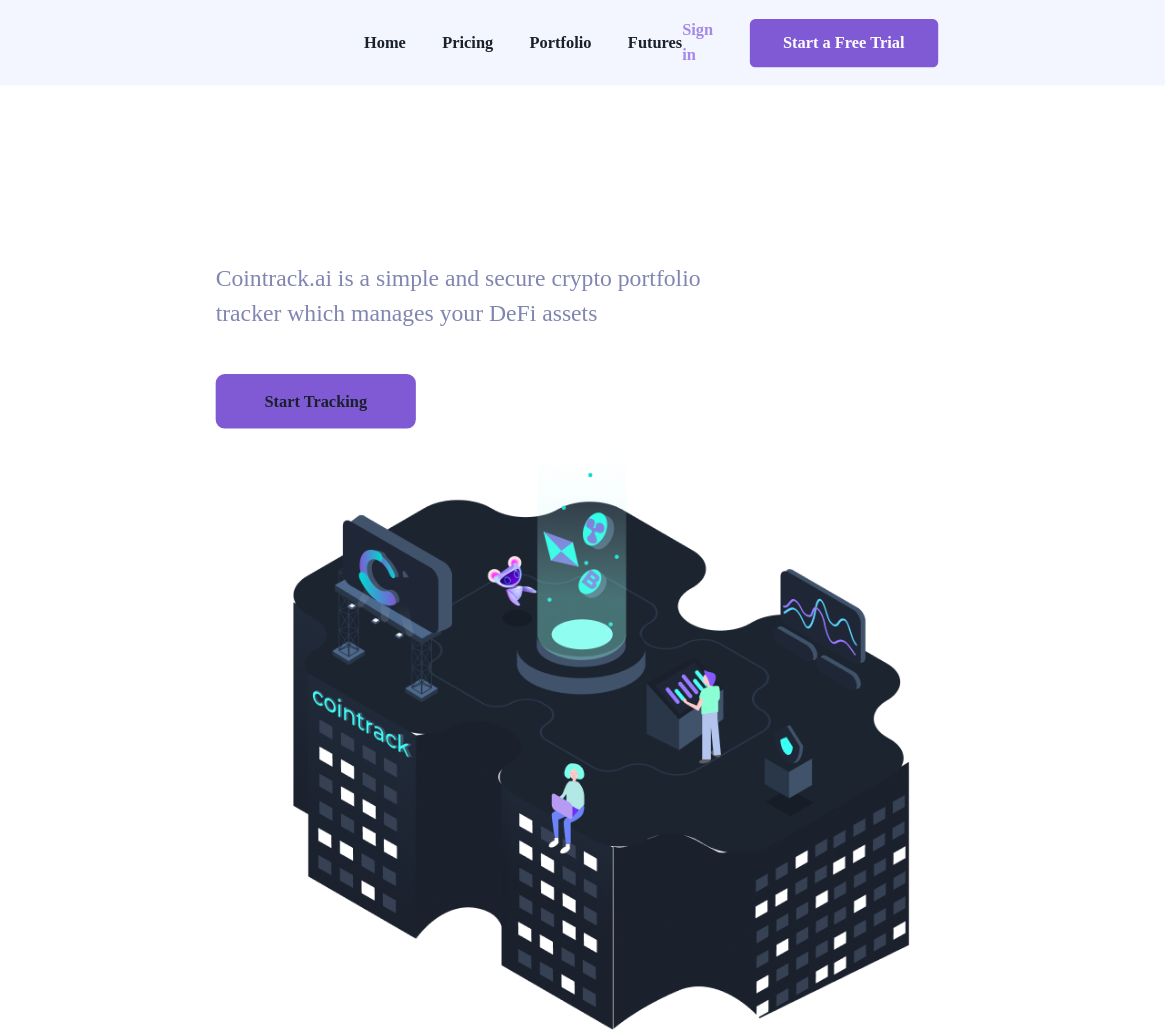
Repository: lilit9898/Cointrack
Page: /
These files come from the project's save history. The page is drawn as it stood at one moment and after the next save; the edit follows.
The browser window is 1280 px wide. The pictures show the whole page, at 91% of full size.
The page's requests for data from a server got no answer. The project was rebuilt for these pictures with package versions that can differ from the ones it lists, and the page was loaded fresh each time. No one was signed in, and anything a server would have sent is missing.

Above is the page before, as saved 2022-10-05 11:39:56.

### src/index.tsx
import React from 'react';
import ReactDOM from 'react-dom/client';
import './index.css';
import App from './root/App';
import reportWebVitals from './reportWebVitals';
import theme from './theme/theme';
import { Provider } from 'react-redux';
import store from './store/store';

const root = ReactDOM.createRoot(
  document.getElementById('root') as HTMLElement,
);
root.render(
  <Provider store={store}>
    <App />
  </Provider>,
);

// If you want to start measuring performance in your app, pass a function
// to log results (for example: reportWebVitals(console.log))
// or send to an analytics endpoint. Learn more: https://bit.ly/CRA-vitals
reportWebVitals();

### src/index.css
body {
  margin: 0;
  font-family: -apple-system, BlinkMacSystemFont, 'Segoe UI', 'Roboto', 'Oxygen',
    'Ubuntu', 'Cantarell', 'Fira Sans', 'Droid Sans', 'Helvetica Neue',
    sans-serif;
  -webkit-font-smoothing: antialiased;
  -moz-osx-font-smoothing: grayscale;
}

code {
  font-family: source-code-pro, Menlo, Monaco, Consolas, 'Courier New',
    monospace;
}
* {
  box-sizing: border-box;
  padding: 0;
  margin: 0;
}

body {
  background-color: #1a202c;
}

### src/root/App.tsx
import {
  Box,
  ChakraProvider,
  color,
  ColorModeScript,
  useColorMode,
} from '@chakra-ui/react';
import theme from '../theme/theme';
import HomePage from '../pages/HomePage';

function App() {
  const { colorMode, toggleColorMode } = useColorMode();
  return (
    <ChakraProvider>
      <ColorModeScript initialColorMode={theme.colorConfig.initialColorMode} />
      <Box className="App">
        <HomePage />
      </Box>
    </ChakraProvider>
  );
}

export default App;

### src/store/store.ts
import { configureStore, Store } from '@reduxjs/toolkit';
import CoinCardSlice from '../store/coinSlices';
import type { TypedUseSelectorHook } from 'react-redux';
import { useDispatch, useSelector } from 'react-redux';

const store = configureStore({
  reducer: {
    coincard: CoinCardSlice,
  },
});

type AppDispatch = typeof store.dispatch;
export const useAppSelector: TypedUseSelectorHook<RootState> = useSelector;
type RootState = ReturnType<typeof store.getState>;
export const useAppDispatch: () => AppDispatch = useDispatch;

export default store;

### src/theme/theme.ts
import { extendTheme, type ThemeConfig } from '@chakra-ui/react';

const colorConfig = {
  initialColorMode: 'dark',
  useSystemColorMode: false,
};

const theme = extendTheme({ colorConfig });

export default theme;

### src/pages/HomePage.tsx
import { Box } from "@chakra-ui/react"
import Home from "../components/Home/Home"
import MainLayout from "../hoc/MainLayout"
import Wrapper from "../hoc/Wrapper"

const HomePage = () => {
  return (
    <MainLayout>
      <Home />
    </MainLayout>
  )
}

export default HomePage

### src/store/coinSlices.ts
import { createAsyncThunk, createSlice } from '@reduxjs/toolkit';
import axios from '../config/axios.config';
import { ICoinInfo } from '../types/interfaces';

interface ICoinState {
  coinInfo: ICoinInfo[];
}

const initialState: ICoinState = {
  coinInfo: [],
};

export const getCoinInfo = createAsyncThunk<ICoinInfo[], number>(
  'coincard/getCoinInfo',
  async (page) => {
    let response = await axios.get('/coins/markets', {
      params: {
        vs_currency: 'usd',
        order: 'market_cap_desc',
        per_page: 4,
        page,
        sparkline: true,
      },
    });
    console.log(response);
    return response.data;
  },
);

const CoinCardSlice = createSlice({
  name: 'coincard',
  initialState,
  reducers: {},
  extraReducers: (builder) => {
    builder.addCase(getCoinInfo.fulfilled, (state, action) => {
      state.coinInfo = action.payload;
    });
  },
});

const { reducer } = CoinCardSlice;
export default reducer;

### src/components/Home/Home.tsx
import * as Sections from "./Sections"

const Home = () => {
  return (
    <>
      <Sections.CoinCharts />
    </>
  )
}

export default Home

### src/hoc/MainLayout.tsx
import { Box, BoxProps, Center } from '@chakra-ui/react';
import React, { Children, FC } from 'react';
import { useSelector } from 'react-redux';
import AppHeader from '../components/AppHeader/AppHeader';

const MainLayout: React.FC<BoxProps> = ({ children, ...style }) => {

  return (
    <Box>
      <AppHeader />
      {children}
      {/* <AppFooter /> */}
    </Box>
  );
};

export default MainLayout

### src/config/axios.config.ts
import axios from 'axios';

const baseURL = process.env.REACT_APP_BASE_URL || '';

const instance = axios.create({
  baseURL,
});

export default instance;

### src/components/Home/Sections/index.ts
export { default as CoinCharts } from "./CoinCharts/CoinCharts"

### src/components/AppHeader/AppHeader.tsx
import {
  Box,
  Button,
  Center,
  Flex,
  Image,
  Text,
  useColorMode,
  useColorModeValue,
} from '@chakra-ui/react';
import CustomButton from '../../hoc/CustomButton';
import Logo from './Logo/Logo';

const AppHeader = () => {
  const { colorMode, toggleColorMode } = useColorMode();
  const bg = useColorModeValue(' #F4F6FF', '#212834');
  return (
    <Flex p="20px 210px" gap="190px" bg={bg}>
      <Logo />
      <Flex w="100%" justifyContent="space-between">
        <Flex
          gap="40px"
          fontWeight="800"
          fontSize="18px"
          lineHeight="27px"
          fontFamily="Axiforma"
        >
          <Center>
            <Text cursor="pointer">Home</Text>
          </Center>
          <Center>
            <Text cursor="pointer">Pricing</Text>
          </Center>
          <Center>
            <Text cursor="pointer">Portfolio</Text>
          </Center>
          <Center>
            <Text cursor="pointer">Futures</Text>
          </Center>
        </Flex>
        <Flex
          gap="40px"
          fontWeight="800"
          fontSize="18px"
          lineHeight="27px"
          fontFamily="Axiforma"
        >
          <Center color="#A588E7">
            <Text cursor="pointer">Sign in</Text>
          </Center>
          <Center>
            <CustomButton
              w="207px"
              h="53px"
              bg="#805AD5"
              color=" #FFFFFF"
              fontWeight="600"
              fontSize="18px"
              lineHeight="27px"
              fontFamily="Axiforma"
              cursor="pointer"
              _hover={{
                bgColor: '#805AD5',
                opacity: 0.85,
              }}
            >
              Start a Free Trial
            </CustomButton>
          </Center>
          <Center>
            <Image
              src="/images/light-mode-icon.svg"
              alt="Cointrack"
              cursor="pointer"
              onClick={toggleColorMode}
            ></Image>
          </Center>
        </Flex>
      </Flex>
    </Flex>
  );
};

export default AppHeader;

### src/components/Home/Sections/CoinCharts/CoinCharts.tsx
import { Box, Image, Text } from '@chakra-ui/react';
import { useDispatch } from 'react-redux';
import Wrapper from '../../../../hoc/Wrapper';
import DescriptionText from './DescriptionText';
import store from '../../../../store/store';
import { useAppSelector } from '../../../../store/store';
import { useEffect } from 'react';
import { getCoinInfo } from '../../../../store/coinSlices';

const CoinCharts = () => {
  const { coinInfo } = useAppSelector((state) => state.coincard);
  const dispatch = useDispatch<typeof store.dispatch>();

  useEffect(() => {
    dispatch(getCoinInfo(1));
  }, []);
  console.log(coinInfo);
  return (
    <Wrapper w="100%" h="700px" p="33px 210px">
      <Box di>
        <DescriptionText />
        <Box>
          <Image
            src="/images/cityPic.png"
            alt="cityPic"
            w="806px"
            h="665px"
          ></Image>
        </Box>
      </Box>
      {/* <Box>
        {coinInfo.map((item) => {
          return (
            <Box>
              <Image src={item.image} w="20px" />
              <Box>
                <Box>
                  <Text>{item.name}</Text>
                  <Text>{item.current_price}</Text>
                </Box>
                <Box>
                  <Text>{item.market_cap_change_percentage_24h}</Text>
                  <Text>{item.market_cap_change_24h}</Text>
                </Box>
                <Text>Last 24 hours</Text>
              </Box>
            </Box>
          );
        })}
      </Box> */}
    </Wrapper>
  );
};

export default CoinCharts;

### src/hoc/CustomButton.tsx
import { Box, ButtonProps, Center, Button } from '@chakra-ui/react';
import React, { Children, FC } from 'react';

const CustomButton: React.FC<ButtonProps> = ({ children, ...style }) => {
  return <Button {...style}>{children}</Button>;
};

export default CustomButton;

### src/components/AppHeader/Logo/Logo.tsx
import { Center, Image } from "@chakra-ui/react"

const Logo = () => {
  return (
    <Center>
        <Image
          src="/images/logo.svg"
          alt="Cointrack"
          w="162px"
          h="44.5px"
        ></Image>
      </Center>
  )
}

export default Logo

### src/hoc/Wrapper.tsx
import { Box, BoxProps, Center } from '@chakra-ui/react';
import React, { Children, FC } from 'react';

const Wrapper: React.FC<BoxProps> = ({ children, ...style }) => {
  return (
    <Box {...style}>
      <Center>{children}</Center>
    </Box>
  );
};

export default Wrapper;

### src/components/Home/Sections/CoinCharts/DescriptionText.jsx
import { Box, Text } from '@chakra-ui/react';
import React from 'react';
import CustomButton from '../../../../hoc/CustomButton';
import Button from '../../../../hoc/CustomButton';

function DescriptionText() {
  return (
    <Box gap="21px">
      <Box w="610px">
        <Text
          fontFamily="Axiforma"
          fontWeight="500"
          fontSize="46px"
          lineHeight="69px"
          color="white"
        >
          Track your cryptocurrency assets from one place
        </Text>
      </Box>
      <Box w="610px" mt="21px">
        <Text
          fontFamily="Axiforma"
          fontWeight="400"
          fontSize="26px"
          lineHeight="39px"
          color="#8085B1"
        >
          Cointrack.ai is a simple and secure crypto portfolio tracker which
          manages your DeFi assets
        </Text>
      </Box>
      <Box mt="47px">
        <CustomButton
          w="220px"
          h="60px"
          borderRadius="10px"
          bg="#805AD5"
          _hover={{
            bgColor: '#805AD5',
            opacity: 0.85,
          }}
          fontWeight="600"
          fontSize="18px"
          lineHeight="27px"
          fontFamily="Axiforma"
          cursor="pointer"
        >
          Start Tracking
        </CustomButton>
      </Box>
    </Box>
  );
}

export default DescriptionText;

Loaded but not shown: public/index.html (common file); src/reportWebVitals.ts (common file)

After the next save:
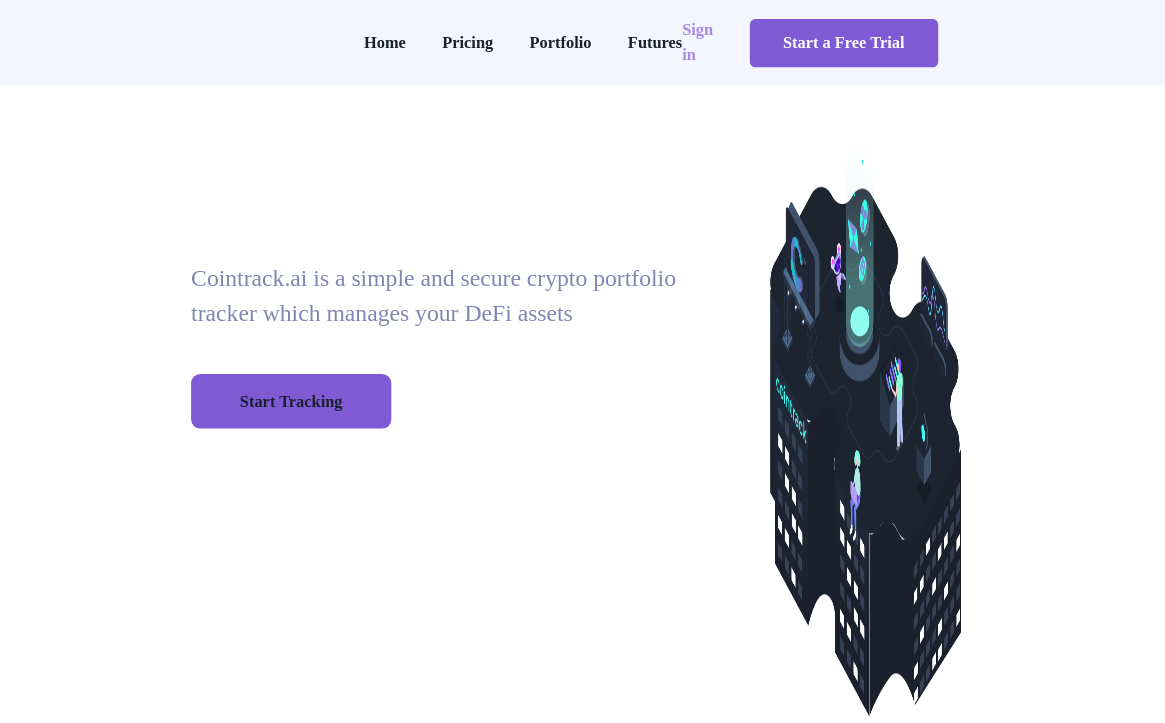
Saved 5 s later.
--- a/src/components/Home/Sections/CoinCharts/CoinCharts.tsx
+++ b/src/components/Home/Sections/CoinCharts/CoinCharts.tsx
@@ -17,7 +17,7 @@
   console.log(coinInfo);
   return (
     <Wrapper w="100%" h="700px" p="33px 210px">
-      <Box di>
+      <Box display="flex">
         <DescriptionText />
         <Box>
           <Image

After the save that followed:
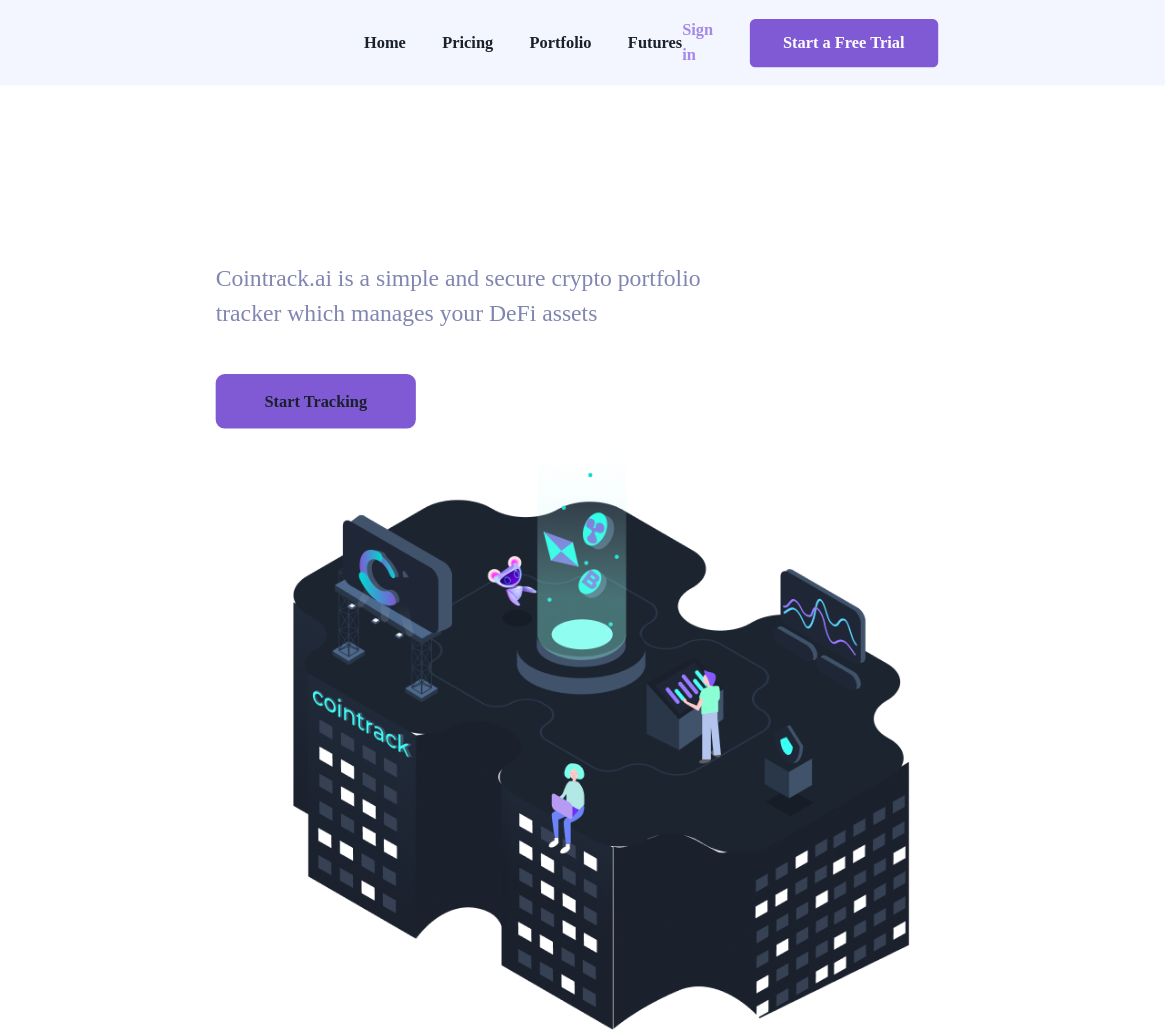
Saved 11 s later.
--- a/src/components/Home/Sections/CoinCharts/CoinCharts.tsx
+++ b/src/components/Home/Sections/CoinCharts/CoinCharts.tsx
@@ -17,7 +17,7 @@
   console.log(coinInfo);
   return (
     <Wrapper w="100%" h="700px" p="33px 210px">
-      <Box display="flex">
+      <Box >
         <DescriptionText />
         <Box>
           <Image
